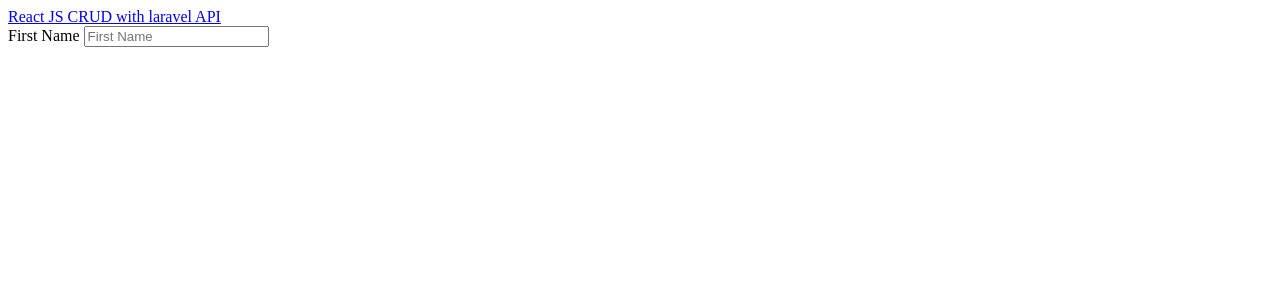
Repository: balkisys/react-js-crud
Page: /
The author's editor kept a copy of each file at every save. The page is drawn from the files as they stood at one save, then again after the next save.
The browser window is 1280 px wide. The pictures show the whole page.
The project was rebuilt for these pictures with package versions that can differ from the ones it lists, and the page was loaded fresh each time.

Above is the page before, as saved 2020-05-18 10:02:01.

After the next save:
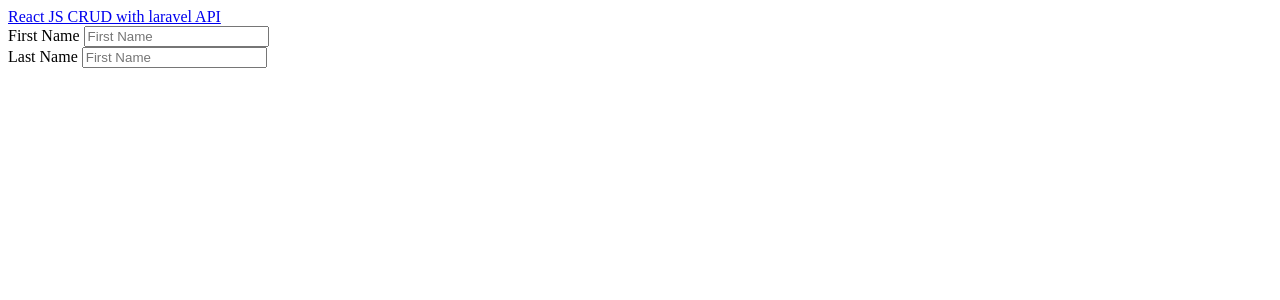
Saved 55 s later.
--- a/src/components/MyForm.js
+++ b/src/components/MyForm.js
@@ -10,6 +10,12 @@ class MyForm extends Component {
            <label> First Name </label>
            <input type="text" name="first_name" placeholder="First Name" />
            </div>
+
+           <div className="four wide field">
+           <label> Last Name </label>
+           <input type="text" name="last_name" placeholder="First Name" />
+           </div>
+
        </div>
       </from>
        );
